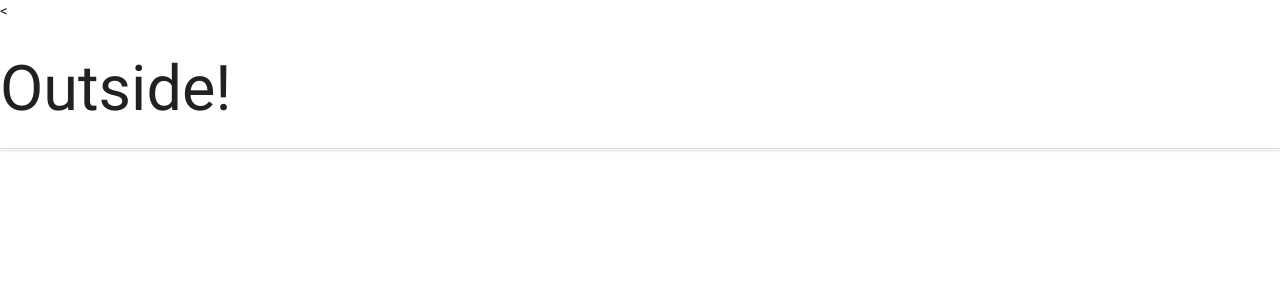
Repository: ALDrinkwater1989/task-manager
Page: http://localhost/
The author's editor kept a record of every edit. The page is drawn from the files as they stood at one moment, then again after the next edit.
The browser window is 1280 px wide. The pictures show the whole page.
Some web libraries are served in a nearby version. The page is served by the project's application, run on Flask 3 (app.py). Queries for data that is not in the repository find no rows.

Above is the page before.
Console error: TypeError: document.ready is not a function

### templates/tasks.html
{% extends 'base.html' %}
{% block content %}

    <ul class="collapsible" data-collapsible = "accordian">
        {% for task in tasks %}
    <li>
      <div class="collapsible-header"><i class="material-icons">expand_more</i><strong> {{task.task_name}}</strong> -  {{task.due_date}}</div>
      <div class="collapsible-body">
          <span>
              {{task.task_description}}
      </span>
      </div>
    </li>
   {% endfor %}
  </ul>
{% endblock %}

### templates/base.html
<<!DOCTYPE html>
<html lang="en">
<head>
    <link href="https://fonts.googleapis.com/icon?family=Material+Icons" rel="stylesheet">
    <link rel="stylesheet" href="https://cdnjs.cloudflare.com/ajax/libs/materialize/0.100.2/css/materialize.min.css">
</head>
<body>
    <h1>Outside!</h1>
    {%block content%}

    {% endblock %}

        <script src="https://cdnjs.cloudflare.com/ajax/libs/jquery/3.2.1/jquery.min.js"></script>
    <script src="https://cdnjs.cloudflare.com/ajax/libs/materialize/0.100.2/js/materialize.min.js"></script>
    <script>
    (document).ready(function(){
    $('.collapsible').collapsible();
  });
       </script>

</body>
</html>

### app.py
import os
from flask import Flask, render_template, redirect, request, url_for
from flask_pymongo import PyMongo
from bson.objectid import ObjectId


app = Flask(__name__)

app.config["MONGO_DBNAME"] = 'task_manager'
app.config['MONGO_URI'] = 'mongodb+srv://root:rootUser@myfirstcluster-lrum9.mongodb.net/task_manager?retryWrites=true&w=majority'

mongo = PyMongo(app)

@app.route('/')
@app.route('/get_tasks')
def get_tasks():
    return render_template("tasks.html", tasks=mongo.db.tasks.find())

@app.route('/add_task')
def add_task():
    return render_template('addtask.html', categories=mongo.db.categories.find())



@app.route('/insert_task', methods =['POST'])
def insert_task():
    tasks = mongo.db.tasks
    tasks.insert_one(request.form.to_dict())
    return redirect(url_for('get_tasks'))

@app.route('/edit_task/<task_id>')
def edit_task(task_id):
    _task = mongo.db.tasks.find_one({"_id":ObjectId(task_id)})
    _categories = mongo.db.categories.find()
    category_list = [category for category in _categories]
    return render_template('edittask.html', task = _task, categories=category_list)

@app.route('/update_task/<task_id>', methods=["POST"])
def update_task(task_id):
    tasks = mongo.db.tasks
    tasks.update( {'_id': ObjectId(task_id)},
    {
        'task_name':request.form.get('task_name'),
        'category_name':request.form.get('category_name'),
        'task_description': request.form.get('task_description'),
        'due_date': request.form.get('due_date'),
        'is_urgent':request.form.get('is_urgent')
    })
    return redirect(url_for('get_tasks'))

@app.route('/delete_task/<task_id>')
def delete_task(task_id):
    mongo.db.tasks.remove({'_id': ObjectId(task_id)})
    return redirect(url_for('get_tasks'))

@app.route('/get_categories')
def get_categories():
    return render_template('categories.html', categories=mongo.db.categories.find())

@app.route('/edit_category/<category_id>')
def edit_category(category_id):
    return render_template('editcategory.html',
    category=mongo.db.categories.find_one({'_id': ObjectId()}))

@app.route('/update_category/>category_id>', methods = ['POST'])
def update_category(category_id):
    mongo.db.categories.update({'_id': ObjectId(category_id)},
    {'category_name': request.form.grt['category_name']})
    return redirect(url_for('get.categories'))


@app.route('/delete_category/<category_id>')
def delete_category(category_id):
    mongo.db.categories.remove({'_id': ObjectId(category_id)})
    return redirect(url_for('get_categories'))

@app.route('/insert_category', methods = ['POST'])
def insert_category():
    categories = monogo.db.categories
    category_doc = {'categorry_name': request.form.get['category_name']}
    categories.insert_one(category_doc)
    return redirect(url_for('get_categories'))


if __name__ =='__main__':
    app.run(host=os.environ.get('IP'),
        port=int(os.environ.get('PORT')),
        debug= True)

After the next edit:
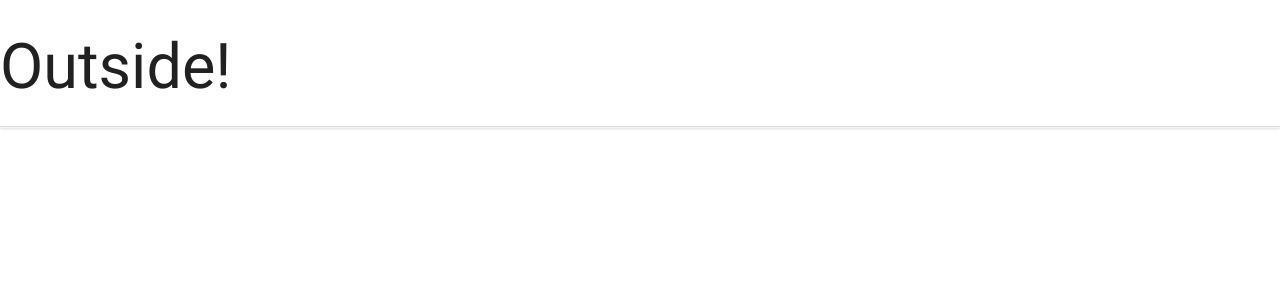
The edit:
--- a/templates/base.html
+++ b/templates/base.html
@@ -1,4 +1,4 @@
-<<!DOCTYPE html>
+<!DOCTYPE html>
 <html lang="en">
 <head>
     <link href="https://fonts.googleapis.com/icon?family=Material+Icons" rel="stylesheet">
